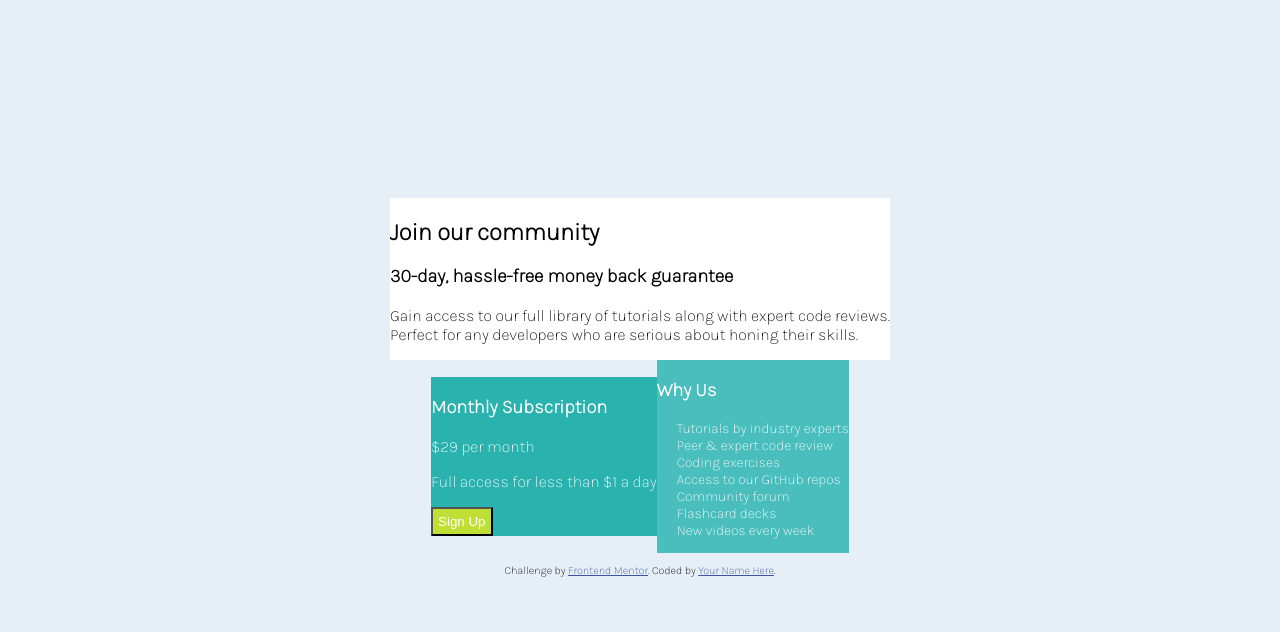
Repository: jminervino/PriceGridComponent
Page: index.html
An editor plug-in stored every save of this project. The page is shown before and after the next save, followed by the edit.
The browser window is 1280 px wide. The pictures show the whole page.

Above is the page before, as saved 2022-02-06 01:24:16.

After the next save:
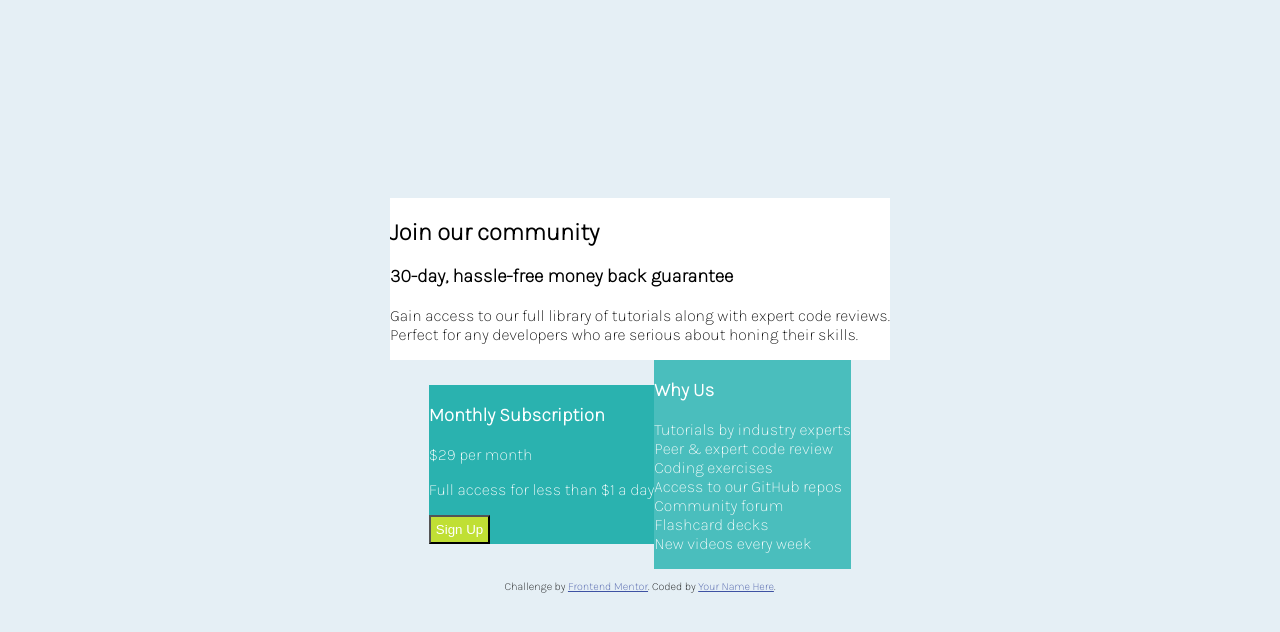
Saved 32 s later.
--- a/style.css
+++ b/style.css
@@ -25,10 +25,6 @@ button {
     margin-top: 15%;
 }
 
-.main-line {
-    font-weight: 700;
-}
-
 .sub-container-one {
     background-color: white;
 }
@@ -52,8 +48,3 @@ button {
 .box-two {
     background-color: #4abebd;
 }
-
-.line-space {
-    margin-left: 20px;
-    font-size: 14px;
-}
